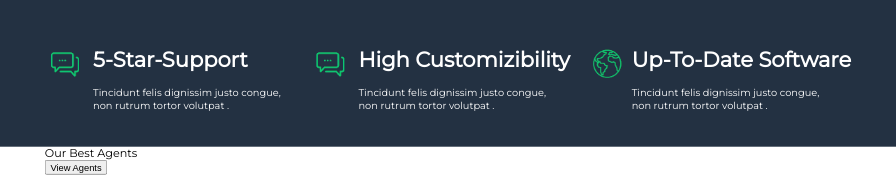
Repository: Yowani24/Real-Estate2
Page: index.html
These files come from the project's save history. The page is drawn as it stood at one moment and after the next save; the edit follows.
The browser window is 1280 px wide. The pictures show the part of the page from y = 1551 to 3471 px (the page is 1801 px tall before and 4999 px after), at 70% of full size.
Some web fonts or font styles are not loaded; a fallback is used.

Above is the page before, as saved 2021-08-27 14:52:14.

After the next save:
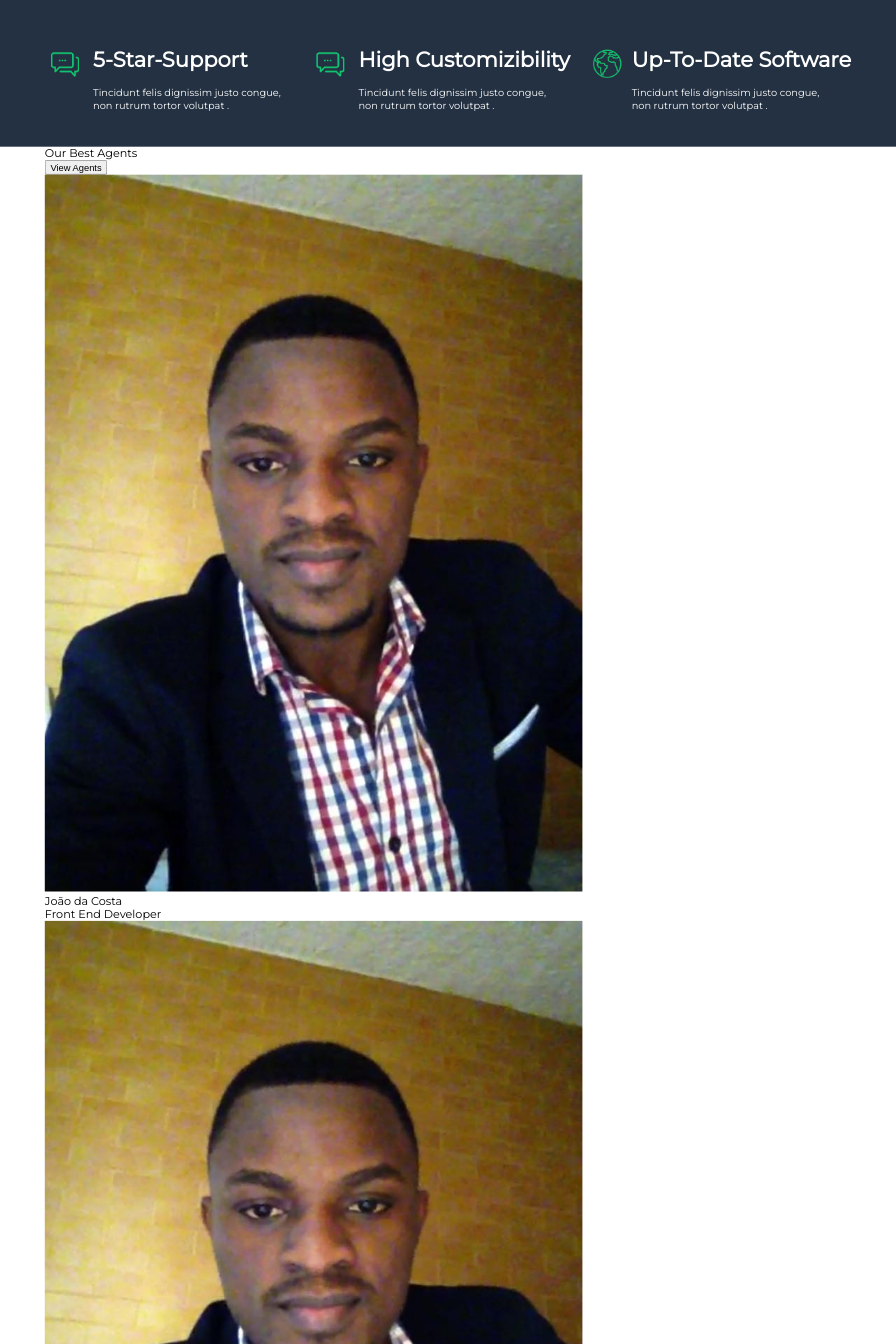
Saved 104 s later.
--- a/index.html
+++ b/index.html
@@ -84,7 +84,9 @@
                     <button>View Agents</button>
                 </div>
                 <div v-for="item in items">
-
+                    <img :src="item.ima" alt="">
+                    <p>{{item.name}}</p>
+                    <p>{{item.office}}</p>
                 </div>
             </div>
         </div>
